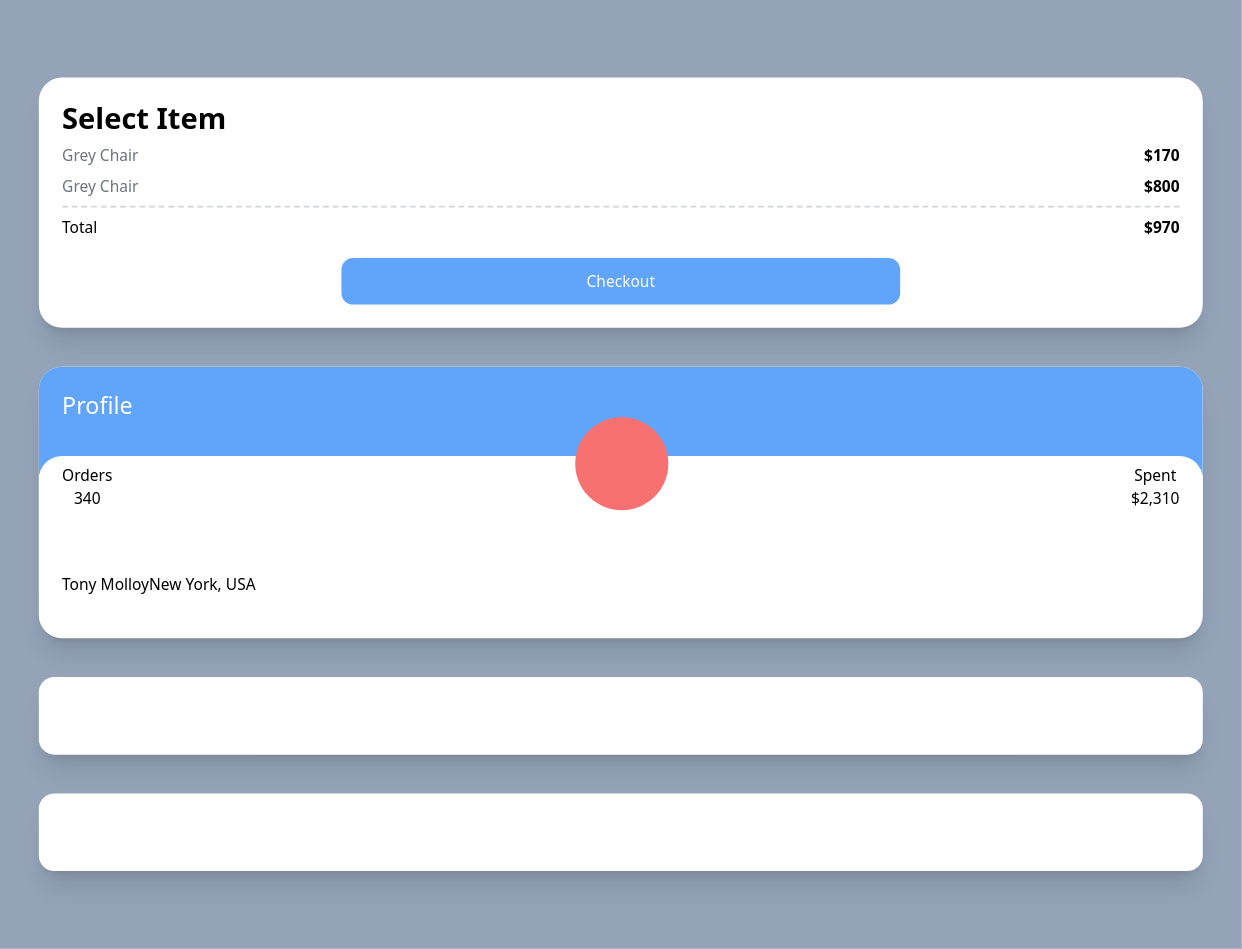
Repository: pjk0007/nextjs-carrot-marcket
Page: /
These files come from the project's save history. The page is drawn as it stood at one moment and after a run of saves; the edit follows.
The browser window is 1280 px wide. The pictures show the whole page, at 97% of full size.
The project was rebuilt for these pictures with package versions that can differ from the ones it lists, and the page was loaded fresh each time. The framework's server and built-in components were replaced by stand-ins that run in the browser. Also part of the build but not shown: next.config.js.

Above is the page before, as saved 2022-04-30 13:13:22.

After the next 2 saves:
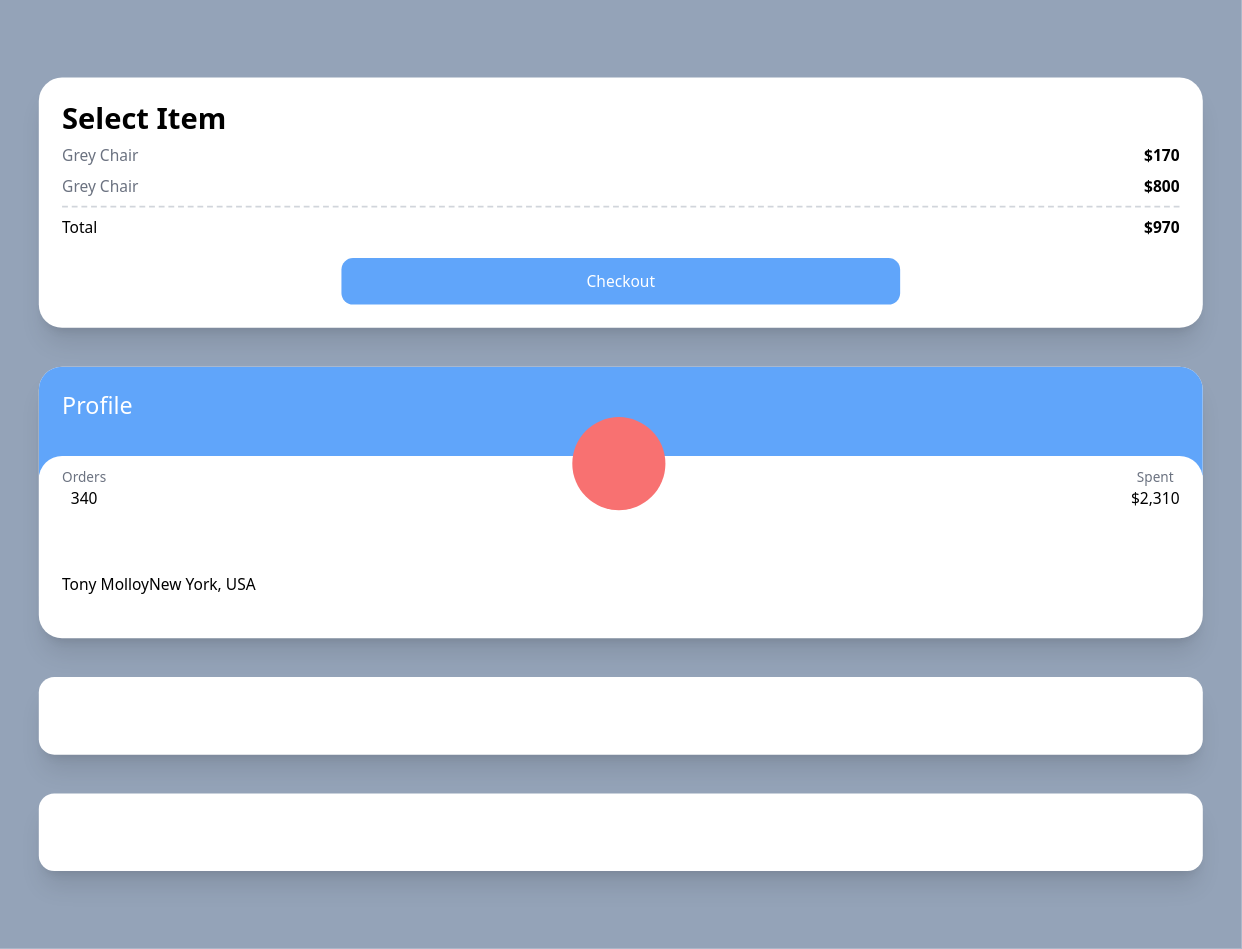
The 2 saves are shown as one change because they came seconds apart.
The last was saved 25 s later.
--- a/pages/index.tsx
+++ b/pages/index.tsx
@@ -26,12 +26,12 @@
         <div className='rounded-3xl p-6 relative -top-5 bg-white'>
           <div className='flex relative -top-16 items-end justify-between'>
             <div className='flex flex-col items-center'>
-              <span>Orders</span>
+              <span className='text-sm text-gray-500'>Orders</span>
               <span>340</span>
             </div>
             <div className='h-24 w-24 bg-red-400 rounded-full'/>
             <div className='flex flex-col items-center'>
-              <span>Spent</span>
+              <span className='text-sm text-gray-500'>Spent</span>
               <span>$2,310</span>
             </div>
           </div>
